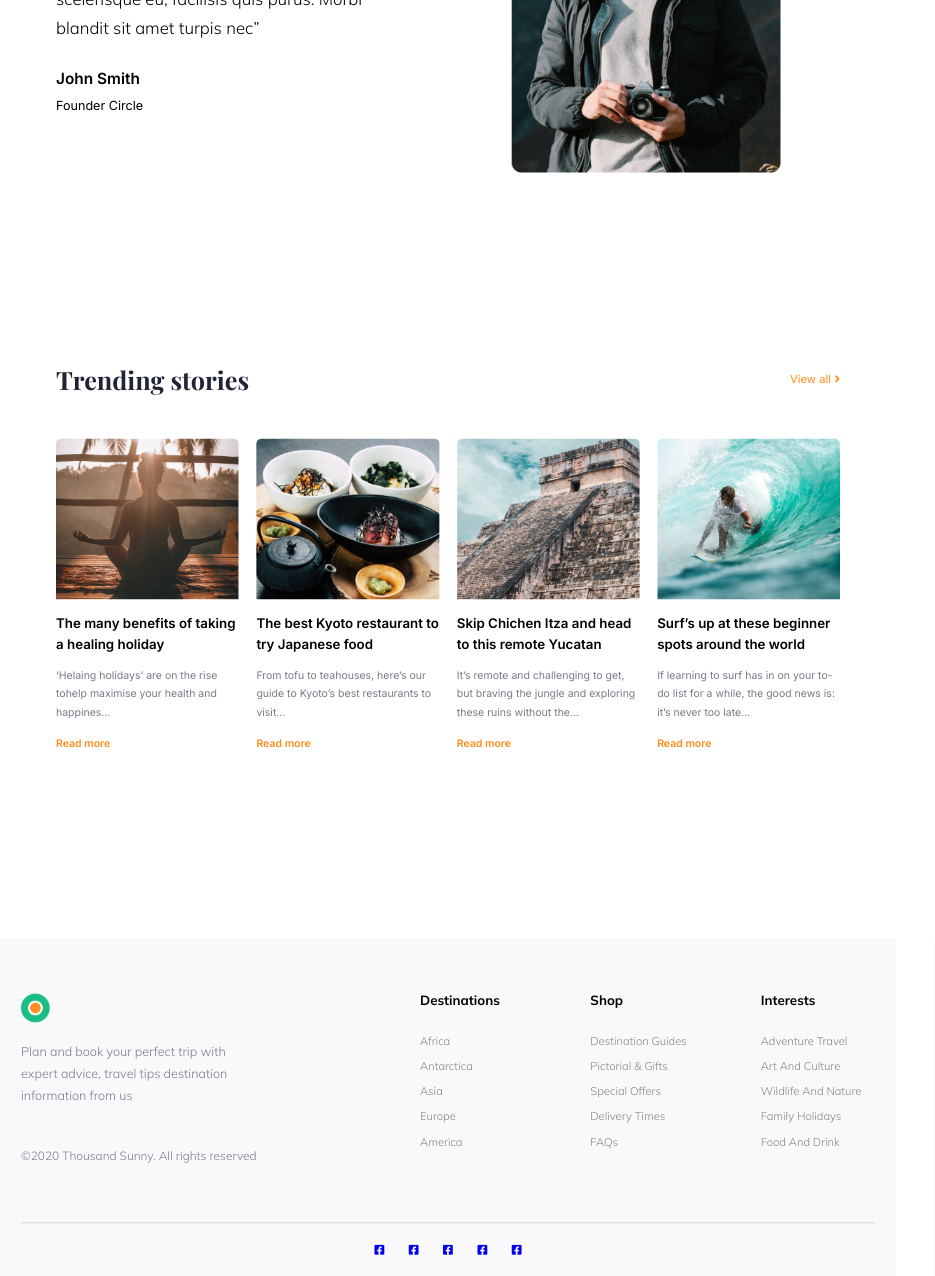
Repository: long5122000/sunny
Page: index.html
These files come from the project's save history. The page is drawn as it stood at one moment and after the next save; the edit follows.
The browser window is 1280 px wide. The page is 1335 px wide, so the pictures cover 1335 px, including what lies to the right of the window. The pictures show the part of the page from y = 3739 to 5579 px (the page is 5562 px tall before and 5579 px after), at 70% of full size.
The style sheet was rebuilt from its Sass, Less or Tailwind sources for each picture, by a compiler version that may differ from the author's.

Above is the page before, as saved 2021-11-25 17:38:52.

### index.html
<!DOCTYPE html>
<html lang="en">
  <head>
    <meta charset="UTF-8" />
    <meta http-equiv="X-UA-Compatible" content="IE=edge" />
    <meta name="viewport" content="width=device-width, initial-scale=1.0" />
    <title>Thousand Sunny</title>
    <link rel="preconnect" href="https://fonts.googleapis.com" />
    <link rel="preconnect" href="https://fonts.gstatic.com" crossorigin />
    <link
      href="https://fonts.googleapis.com/css2?family=Inter:wght@400;500;600&family=Mulish:wght@300;700&family=Playfair+Display:wght@700&display=swap"
      rel="stylesheet"
    />
    <link
      rel="stylesheet"
      href="https://use.fontawesome.com/releases/v5.15.4/css/all.css"
      integrity="sha384-DyZ88mC6Up2uqS4h/KRgHuoeGwBcD4Ng9SiP4dIRy0EXTlnuz47vAwmeGwVChigm"
      crossorigin="anonymous"
    />
    <link rel="stylesheet" href="./css/app.css" />
  </head>
  <body>
    <div class="wrapper">
      <header class="header">
        <div class="container">
          <div class="header-main">
            <img srcset="./images/logo.png 2x" alt="" />
            <ul class="menu">
              <li class="menu-item">
                <a href="#" class="menu-link">Home</a>
              </li>
              <li class="menu-item">
                <a href="#" class="menu-link">Destinations</a>
              </li>
              <li class="menu-item">
                <a href="#" class="menu-link">About</a>
              </li>
              <li class="menu-item">
                <a href="#" class="menu-link">Partner</a>
              </li>
              <li class="menu-item">
                <a href="#" class="btn btn--secondary">Login</a>
              </li>
              <li class="menu-item">
                <a href="#" class="btn btn--primary">Register</a>
              </li>
            </ul>
          </div>
        </div>
      </header>
      <main>
        <section class="hero">
          <div class="container">
            <div class="hero-main">
              <div class="hero-content">
                <h1 class="heading hero-heading">Explore and Travel</h1>
                <div class="hero-caption">Holiday finder</div>
                <div class="hero-form">
                  <div class="dropdown">
                    <div class="dropdown-select">
                      <span class="dropdown-value">Location</span>
                      <i class="fas fa-angle-down"></i>
                    </div>
                    <div class="dropdown-list">
                      <div class="dropdown-item">title</div>
                      <div class="dropdown-item">title</div>
                      <div class="dropdown-item">title</div>
                    </div>
                  </div>
                  <div class="dropdown">
                    <div class="dropdown-select">
                      <span class="dropdown-value">Activity</span>
                      <i class="fas fa-angle-down"></i>
                    </div>
                    <div class="dropdown-list">
                      <div class="dropdown-item">title</div>
                      <div class="dropdown-item">title</div>
                      <div class="dropdown-item">title</div>
                    </div>
                  </div>
                  <div class="dropdown">
                    <div class="dropdown-select">
                      <span class="dropdown-value">Grade</span>
                      <i class="fas fa-angle-down"></i>
                    </div>
                    <div class="dropdown-list">
                      <div class="dropdown-item">title</div>
                      <div class="dropdown-item">title</div>
                      <div class="dropdown-item">title</div>
                    </div>
                  </div>
                  <div class="dropdown">
                    <div class="dropdown-select">
                      <span class="dropdown-value">Date</span>
                      <i class="fas fa-angle-down"></i>
                    </div>
                    <div class="dropdown-list">
                      <div class="dropdown-item">title</div>
                      <div class="dropdown-item">title</div>
                      <div class="dropdown-item">title</div>
                    </div>
                  </div>
                </div>
                <a href="#!" class="btn btn--primary">Explore</a>
              </div>
              <div class="hero-image">
                <img srcset="./images/img1.png 2x" alt="" />
              </div>
            </div>
          </div>
        </section>
        <section class="explore">
          <div class="container">
            <div class="explore-main">
              <div class="explore-image">
                <img srcset="./images/img2.png 2x" alt="" />
              </div>
              <div class="explore-content">
                <h2 class="heading explore-heading heading--small">
                  A new way to explore the world
                </h2>
                <p class="text explore-desc">
                  For decades travellers have reached for Lonely Planet books
                  when looking to plan and execute their perfect trip, but now,
                  they can also let Lonely Planet Experiences lead the way
                </p>
                <div class="btn btn--primary" href="!#">Learn More</div>
              </div>
            </div>
          </div>
        </section>
        <section class="destination">
          <div class="container">
            <div class="destination-header">
              <h2 class="heading heading--small">Featured destinations</h2>
              <a href="#!" class="viewall">
                <span>View all</span>
                <i class="fas fa-angle-right"></i>
              </a>
            </div>
            <div class="destination-list">
              <div class="destination-item">
                <div class="destination-image">
                  <img srcset="./images/destination1.png 2x" alt="" />
                </div>
                <div class="destination-content">
                  <h3 class="destination-name">Raja Ampat</h3>
                  <span class="destination-country">Indonesia</span>
                </div>
              </div>
              <div class="destination-item">
                <div class="destination-image">
                  <img srcset="./images/destination2.png 2x" alt="" />
                </div>
                <div class="destination-content">
                  <h3 class="destination-name">Fanjingshan</h3>
                  <span class="destination-country">China</span>
                </div>
              </div>
              <div class="destination-item">
                <div class="destination-image">
                  <img srcset="./images/destination3.png 2x" alt="" />
                </div>
                <div class="destination-content">
                  <h3 class="destination-name">Vevey</h3>
                  <span class="destination-country">Switzerland</span>
                </div>
              </div>
              <div class="destination-item">
                <div class="destination-image">
                  <img srcset="./images/destination4.png 2x" alt="" />
                </div>
                <div class="destination-content">
                  <h3 class="destination-name">Skadar</h3>
                  <span class="destination-country">Montenegro</span>
                </div>
              </div>
            </div>
          </div>
        </section>
        <section class="guides">
          <div class="container">
            <div class="guides-main">
              <div class="guides-content">
                <h2 class="heading guides-heading heading--small">
                  Guides by Thousand Sunny
                </h2>
                <div class="text guides-desc">
                  Packed with tips and advice from our on-the-ground experts,
                  our city guides app (iOS and Android) is the ultimate resource
                  before and during a trip.
                </div>
                <a href="#!" class="btn btn--primary">Download</a>
              </div>
              <div class="guides-image">
                <img srcset="./images/img3.png 2x" alt="" />
              </div>
            </div>
          </div>
        </section>
        <section class="testimonial">
          <div class="container">
            <div class="testimonial-main">
              <h2 class="heading heading--small testimonial-heading">
                Testimonials
              </h2>
              <div class="testimonial-container">
                <div class="testimonial-content">
                  <div class="testimonial-rating">
                    <i class="fa fa-star"></i>
                    <i class="fa fa-star"></i>
                    <i class="fa fa-star"></i>
                    <i class="fa fa-star"></i>
                    <i class="fa fa-star"></i>
                  </div>
                  <div class="testimonial-desc text">
                    “Quisque in lacus a urna fermentum euismod. Integer mi nibh,
                    dapibus ac scelerisque eu, facilisis quis purus. Morbi
                    blandit sit amet turpis nec”
                  </div>
                  <div class="testimonial-author">
                    <h3 class="testimonial-name">John Smith</h3>
                    <span class="testimonial-job">Founder Circle</span>
                  </div>
                </div>
                <div class="testimonial-image">
                  <img srcset="./images/testimonial.png 2x" alt="" />
                </div>
              </div>
            </div>
          </div>
        </section>
        <section class="story">
          <div class="container">
            <div class="story-header">
              <h2 class="heading heading--small story-heading">
                Trending stories
              </h2>
              <a href="#!" class="viewall">
                <span>View all</span>
                <i class="fas fa-angle-right"></i>
              </a>
            </div>
            <div class="story-list">
              <div class="story-item">
                <div class="story-image">
                  <img srcset="./images/story1.png 2x" alt="" />
                </div>
                <div class="story-content">
                  <h3 class="story-title">
                    The many benefits of taking a healing holiday
                  </h3>
                  <p class="story-desc">
                    ‘Helaing holidays’ are on the rise tohelp maximise your
                    health and happines...
                  </p>
                  <a href="#!" class="story-more">Read more</a>
                </div>
              </div>
              <div class="story-item">
                <div class="story-image">
                  <img srcset="./images/story2.png 2x" alt="" />
                </div>
                <div class="story-content">
                  <h3 class="story-title">
                    The best Kyoto restaurant to try Japanese food
                  </h3>
                  <p class="story-desc">
                    From tofu to teahouses, here’s our guide to Kyoto’s best
                    restaurants to visit...
                  </p>
                  <a href="#!" class="story-more">Read more</a>
                </div>
              </div>
              <div class="story-item">
                <div class="story-image">
                  <img srcset="./images/story3.png 2x" alt="" />
                </div>
                <div class="story-content">
                  <h3 class="story-title">
                    Skip Chichen Itza and head to this remote Yucatan
                  </h3>
                  <p class="story-desc">
                    It’s remote and challenging to get, but braving the jungle
                    and exploring these ruins without the...
                  </p>
                  <a href="#!" class="story-more">Read more</a>
                </div>
              </div>
              <div class="story-item">
                <div class="story-image">
                  <img srcset="./images/story4.png 2x" alt="" />
                </div>
                <div class="story-content">
                  <h3 class="story-title">
                    Surf’s up at these beginner spots around the world
                  </h3>
                  <p class="story-desc">
                    If learning to surf has in on your to- do list for a while,
                    the good news is: it’s never too late...
                  </p>
                  <a href="#!" class="story-more">Read more</a>
                </div>
              </div>
            </div>
          </div>
        </section>
      </main>
      <div class="footer">
        <div class="container">
          <div class="footer-top">
            <div class="footer-column">
              <img srcset="./images/logo.png 2x" alt="" class="footer-logo" />
              <p class="text footer-desc">
                Plan and book your perfect trip with expert advice, travel tips
                destination information from us
              </p>
              <p class="text copyright">
                ©2020 Thousand Sunny. All rights reserved
              </p>
            </div>
            <div class="footer-column">
              <h3 class="footer-title">Destinations</h3>
              <ul class="footer-links">
                <li class="footer-item">
                  <a href="#!" class="footer-link">Africa</a>
                </li>
                <li class="footer-item">
                  <a href="#!" class="footer-link">Antarctica</a>
                </li>
                <li class="footer-item">
                  <a href="#!" class="footer-link">Asia</a>
                </li>
                <li class="footer-item">
                  <a href="#!" class="footer-link">Europe</a>
                </li>
                <li class="footer-item">
                  <a href="#!" class="footer-link">America</a>
                </li>
              </ul>
            </div>
            <div class="footer-column">
              <h3 class="footer-title">Shop</h3>
              <ul class="footer-links">
                <li class="footer-item">
                  <a href="#!" class="footer-link">Destination Guides</a>
                </li>
                <li class="footer-item">
                  <a href="#!" class="footer-link">Pictorial & Gifts</a>
                </li>
                <li class="footer-item">
                  <a href="#!" class="footer-link">Special Offers</a>
                </li>
                <li class="footer-item">
                  <a href="#!" class="footer-link">Delivery Times</a>
                </li>
                <li class="footer-item">
                  <a href="#!" class="footer-link">FAQs</a>
                </li>
              </ul>
            </div>
            <div class="footer-column">
              <h3 class="footer-title">Interests</h3>
              <ul class="footer-links">
                <li class="footer-item">
                  <a href="#!" class="footer-link">Adventure Travel </a>
                </li>
                <li class="footer-item">
                  <a href="#!" class="footer-link">Art And Culture</a>
                </li>
                <li class="footer-item">
                  <a href="#!" class="footer-link">Wildlife And Nature</a>
                </li>
                <li class="footer-item">
                  <a href="#!" class="footer-link">Family Holidays</a>
                </li>
                <li class="footer-item">
                  <a href="#!" class="footer-link">Food And Drink</a>
                </li>
              </ul>
            </div>
          </div>
          <div class="footer-bottom">
            <a href="#!" class="footer-social">
              <i class="fab fa-facebook-square"></i>
            </a>
            <a href="#!" class="footer-social">
              <i class="fab fa-facebook-square"></i>
            </a>
            <a href="#!" class="footer-social">
              <i class="fab fa-facebook-square"></i>
            </a>
            <a href="#!" class="footer-social">
              <i class="fab fa-facebook-square"></i>
            </a>
            <a href="#!" class="footer-social">
              <i class="fab fa-facebook-square"></i>
            </a>
          </div>
        </div>
      </div>
    </div>
    <script src="scripts/app.js"></script>
  </body>
</html>

### sass/app.scss
@import "reset";
@import "variables";
@import "global";
@import "typography";
@import "header";
@import "menu";
@import "hero";
@import "explore";
@import "destination";
@import "guides";
@import "testimonial";
@import "story";
@import "footer";

### sass/_variables.scss
$primary-font: "Inter", sans-serif;
$secondary-font: "Playfair Display", serif;
$third-font: "Mulish", sans-serif;
$gray: #b8becd;
$gray-dark: #afb0b9;
$gray-darker: #7d7987;
$gray-darkest: #202336;
$primary-color: #fb8f1d;
$gray-blur: #80918e;
$gray-lighter: #f9f9fb;

### sass/_typography.scss
body {
  font-family: $primary-font;
  font-size: 16px;
  line-height: 1;
  color: $gray;
}
.heading {
  font-family: $secondary-font;
  color: $gray-darkest;
  &--small {
    line-height: 139%;
    font-size: 36px;
  }
}
.text {
  font-weight: 300;
  line-height: 176%;
  font-size: 17px;
  color: $gray-darker;
  font-family: $third-font;
}

### sass/_header.scss
.header {
  padding-top: 45px;
  padding-bottom: 70px;
  &-main {
    display: flex;
    justify-content: space-between;
    align-items: center;
  }
}

### sass/_menu.scss
.menu {
  display: flex;
  align-items: center;
  gap: 0 35px;
  &-link {
    color: inherit;
  }
}

### sass/_hero.scss
.hero {
  margin-bottom: 270px;
  &-main {
    display: flex;
    justify-content: space-between;
    align-items: center;
  }
  &-heading {
    font-size: 64px;
    line-height: 125%;
    margin-bottom: 74px;
  }
  &-caption {
    font-size: 22px;
    font-weight: 600;
    margin-bottom: 48px;
    padding-bottom: 20px;
    display: inline-block;
    position: relative;
    color: $gray-darkest;
    &:before {
      content: "";
      position: absolute;
      bottom: 0;
      left: 0;
      width: 32px;
      height: 2px;
      background-color: $gray-darkest;
    }
  }
  &-content {
    width: 100%;
    max-width: 470px;
  }
  &-image {
    transform: translateX(85px);
  }
  &-form {
    margin-bottom: 50px;
    display: grid;
    grid-template-columns: 1fr 1fr;
    grid-gap: 30px;
  }
}

### sass/_explore.scss
.explore {
  margin-bottom: 292px;
  &-main {
    display: flex;
    justify-content: space-between;
    align-items: center;
    gap: 0 50px;
  }
  &-content {
    max-width: 508px;
    padding-right: 58px;
  }
  &-image {
    transform: translateX(-50px);
  }
  &-heading {
    margin-bottom: 20px;
  }
  &-desc {
    margin-bottom: 33px;
  }
}

### sass/_destination.scss
.destination {
  margin-bottom: 232px;

  &-header {
    display: flex;
    justify-content: space-between;
    align-items: center;
    margin-bottom: 56px;
    padding-left: 50px;
    padding-right: 50px;
  }
  &-list {
    padding-left: 50px;
    padding-right: 50px;
    display: grid;
    grid-template-columns: repeat(4, 1fr);
    grid-gap: 25px;
  }

  &-item {
    height: 337px;
    position: relative;
  }
  &-image {
    width: 100%;
    height: 100%;
  }
  &-image img {
    border-radius: 8px;
    height: 100%;
    width: 100%;
    object-fit: cover;
  }
  &-content {
    position: absolute;
    bottom: 0;
    left: 0;
    z-index: 2;
    background: #ffffff;
    border-radius: 0px 6px 0px 0px;
    padding: 11px 32px 11px 0;
  }
  &-name {
    font-size: 17px;
    font-weight: 600;
    color: $gray-darkest;
    margin-bottom: 10px;
  }
  &-country {
    font-weight: 500;
    font-size: 15px;
    color: $gray-blur;
  }
}

### sass/_guides.scss
.guides {
  margin-bottom: 250px;
  &-main {
    display: flex;
    justify-content: space-between;
    align-items: center;
    gap: 0 80px;
  }
  &-content {
    max-width: 450px;
    width: 100%;
    transform: translateX(50px);
  }
  &-image {
    padding-right: 40px;
  }
  &-heading {
    margin-bottom: 20px;
  }
  &-desc {
    margin-bottom: 33px;
  }
}

### sass/_testimonial.scss
.testimonial {
  margin-bottom: 270px;
  &-heading {
    margin-bottom: 60px;
  }
  &-main {
    max-width: 1085px;
    padding-left: 50px;
    position: relative;
  }
  &-container {
    display: flex;
    justify-content: space-between;
    align-items: center;
  }
  &-content {
    max-width: 450px;
  }
  &-rating {
    font-size: 20px;
    display: flex;
    align-items: center;
    gap: 15px;
    margin-bottom: 30px;
    color: #ffbb0c;
  }
  &-desc {
    color: #000;
    margin-bottom: 40px;
    font-size: 24px;
    font-weight: 400;
  }
  &-name {
    font-size: 22px;
    font-weight: bold;
    color: #000;
    margin-bottom: 20px;
  }
  &-job {
    font-size: 18px;
    color: #000;
  }
}

### sass/_story.scss
.story {
  margin-bottom: 270px;
  &-header {
    display: flex;
    justify-content: space-between;
    align-items: center;
    margin-bottom: 60px;
    padding: 0 50px;
  }
  &-list {
    display: grid;
    grid-template-columns: repeat(4, 1fr);
    grid-gap: 25px;
    padding: 0 50px;
  }
  &-image {
    height: 230px;
    margin-bottom: 20px;
    img {
      width: 100%;
      height: 100%;
      object-fit: cover;
      border-radius: 8px 8px 0 0;
      object-position: top;
    }
  }
  &-title {
    font-size: 19px;
    color: #000;
    margin-bottom: 15px;
    line-height: 158%;
  }
  &-desc {
    margin-bottom: 23px;
    line-height: 175%;
    font-size: 15px;
    color: $gray-darker;
  }
  &-more {
    font-size: 15px;
    font-weight: 600;
    color: $primary-color;
  }
}

### sass/_footer.scss
.footer {
  background-color: $gray-lighter;
  padding-top: 80px;
  font-family: $third-font;
  &-top {
    display: grid;
    grid-template-columns: 3fr repeat(3, 1fr);
    grid-gap: 30px 80px;
    padding-bottom: 80px;
    border-bottom: 1px solid #c4c4c4;
  }
  &-bottom {
    display: flex;
    justify-content: center;
    align-items: center;
    padding: 30px 0;
    gap: 0 35px;
  }
  &-logo {
    margin-bottom: 26px;
  }
  &-desc {
    margin-bottom: 55px;
    font-size: 18px;
    max-width: 335px;
  }
  &-copyright {
    font-size: 17px;
  }
  &-title {
    color: #000;
    font-size: 19px;
    margin-bottom: 40px;
    font-weight: bold;
  }
  &-item {
    margin-bottom: 20px;
  }

  &-link {
    color: #848484;
  }
}

Loaded but not shown: sass/_reset.scss (common file); sass/_global.scss (57 lines, source omitted); scripts/app.js (no stored copy; drawn as an empty file)

After the next save:
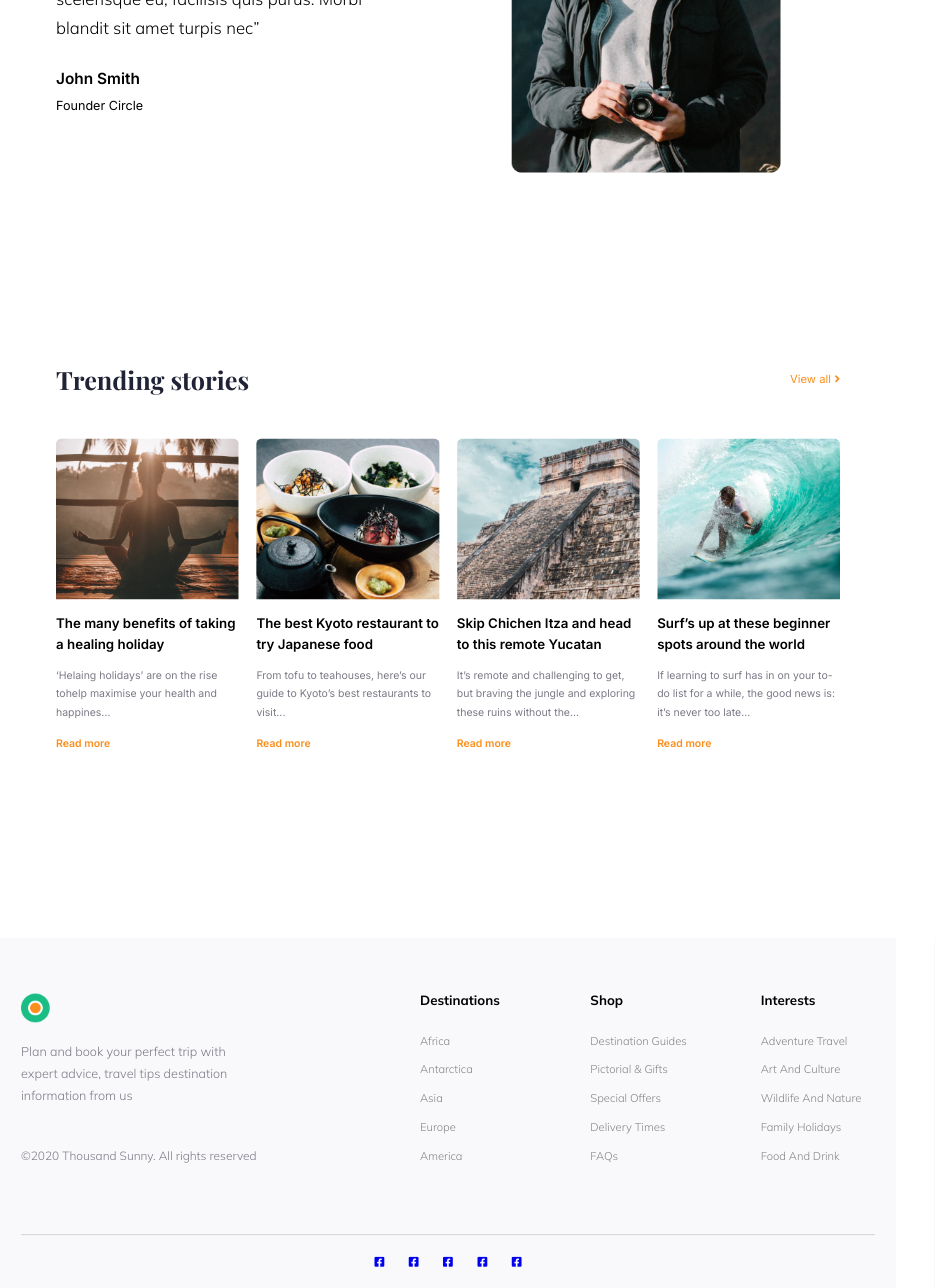
Saved 2 min 56 s later.
--- a/sass/_footer.scss
+++ b/sass/_footer.scss
@@ -34,7 +34,7 @@
     font-weight: bold;
   }
   &-item {
-    margin-bottom: 20px;
+    margin-bottom: 25px;
   }
 
   &-link {
